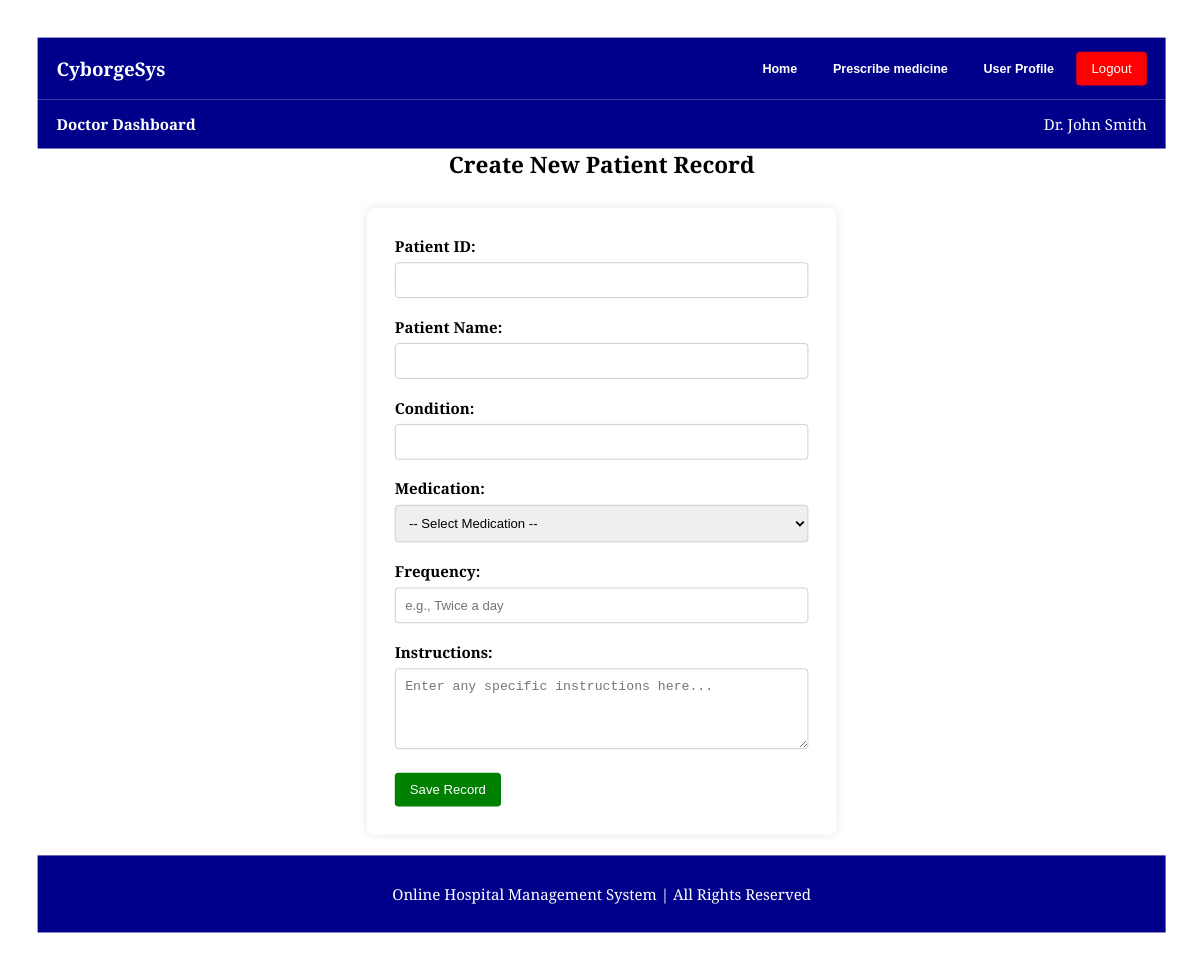
Repository: BinuriJ/HospitalSystem
Page: http://localhost/CyborgSys/DocDashCreate.jsp
The author's editor kept a copy of each file at every save. The page is drawn from the files as they stood at one save, then again after the next save.
The browser window is 1280 px wide. The pictures show the whole page, at 94% of full size.
The page is served by Tomcat 9.

Above is the page before, as saved 2025-05-10 06:05:55.

After the next save:
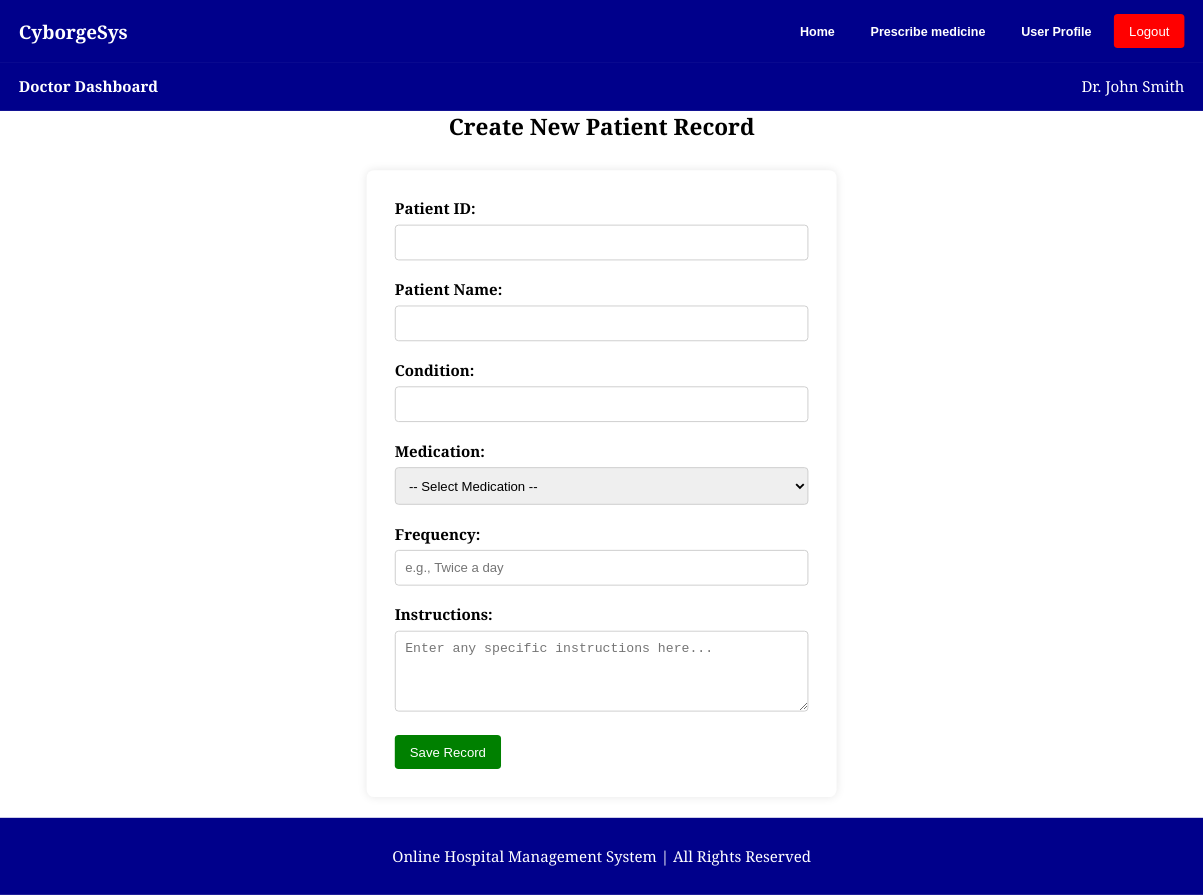
Saved 91 s later.
--- a/CyborgSys/WebContent/DocterDashboardstyles.jsp
+++ b/CyborgSys/WebContent/DocterDashboardstyles.jsp
@@ -5,13 +5,13 @@
     box-sizing: border-box;
 }
 
-body {
+html, body {
+    height: 100%;
     font-family: Cambria, sans-serif;
-    padding: 40px;
-    margin: 0;
     background-color: white;
 }
 
+/* Top Navigation Bar */
 .top-bar {
     background-color: darkblue;
     color: white;
@@ -21,10 +21,12 @@ body {
     align-items: center;
 }
 
+/* Main Content Area */
 .container {
     padding: 20px;
 }
 
+/* Page Header */
 .header {
     display: flex;
     justify-content: space-between;
@@ -32,51 +34,7 @@ body {
     margin-bottom: 20px;
 }
 
-.btn {
-    padding: 10px 16px;
-    border: none;
-    border-radius: 4px;
-    cursor: pointer;
-    font-size: 14px;
-}
-
-.btn-create {
-    background-color: green;
-    color: white;
-}
-
-.btn-create:hover {
-    background-color: darkgreen;
-}
-
-.btn-edit {
-    background-color: green;
-    color: white;
-}
-
-.btn-edit:hover {
-    background-color: darkgreen;
-}
-
-.btn-delete {
-    background-color: red;
-    color: white;
-}
-
-.btn-delete:hover {
-    background-color: darkred;
-}
-
-.btn-submit {
-    background-color: green;
-    color: white;
-}
-
-.btn-submit:hover {
-    background-color: darkgreen;
-}
-
-
+/* Table Styling */
 table {
     width: 100%;
     border-collapse: collapse;
@@ -93,11 +51,43 @@ th {
     background-color: #f2f2f2;
 }
 
+/* Button Styling */
+.btn {
+    padding: 10px 16px;
+    border: none;
+    border-radius: 4px;
+    cursor: pointer;
+    font-size: 14px;
+}
+
+.btn-create,
+.btn-edit,
+.btn-submit {
+    background-color: green;
+    color: white;
+}
+
+.btn-create:hover,
+.btn-edit:hover,
+.btn-submit:hover {
+    background-color: darkgreen;
+}
+
+.btn-delete {
+    background-color: red;
+    color: white;
+}
+
+.btn-delete:hover {
+    background-color: darkred;
+}
+
 .actions {
     display: flex;
     gap: 10px;
 }
 
+/* Form Styling */
 h2 {
     text-align: center;
     margin-bottom: 30px;
@@ -135,11 +125,11 @@ textarea {
     resize: vertical;
 }
 
-
-
-
-
-
-
-
+/* Footer Styling */
+footer {
+    background-color: darkblue;
+    color: white;
+    text-align: center;
+    padding: 15px;
+}
 </style>
